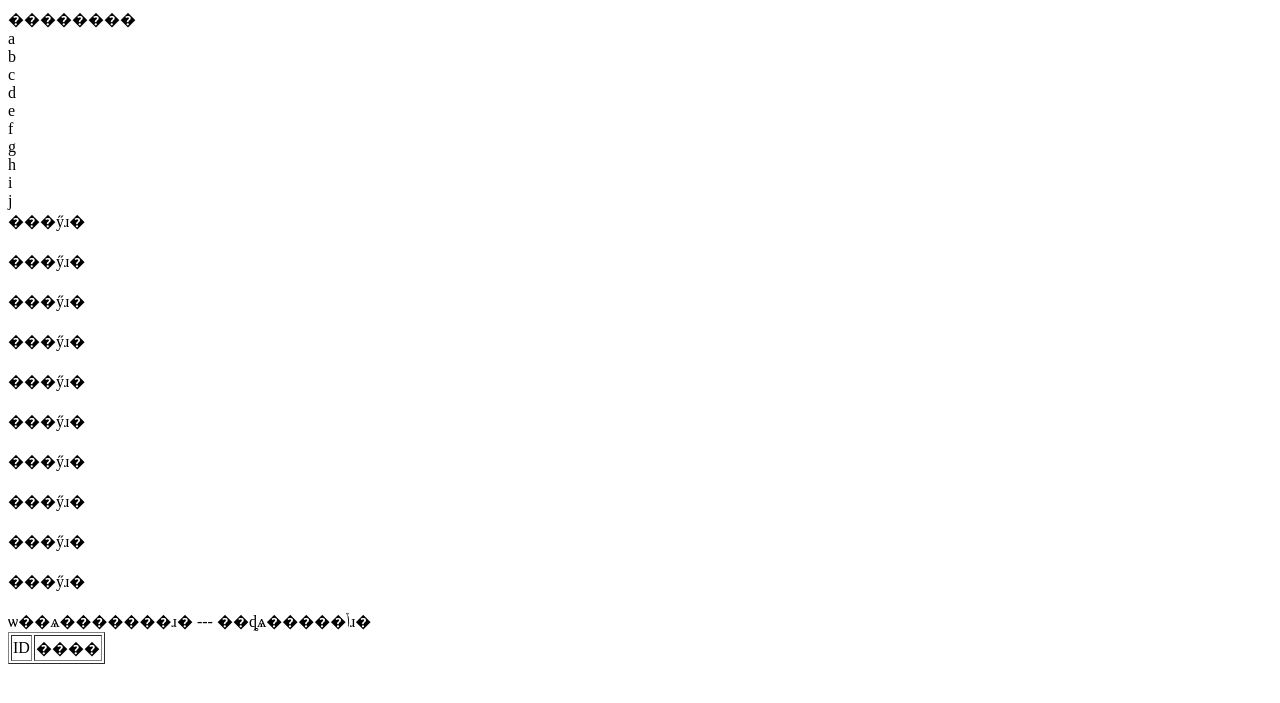
Repository: ZxxWs/P_M_learn
Page: http://localhost/
An editor plug-in stored every save of this project. The page is shown before and after the next save, followed by the edit.
The browser window is 1280 px wide. The pictures show the whole page.
The page is run by PHP 8.4 with error messages shown; the project is at /var/www/html/. Queries for data that is not in the repository find no rows.

Above is the page before, as saved 2019-03-20 09:57:44.

After the next save:
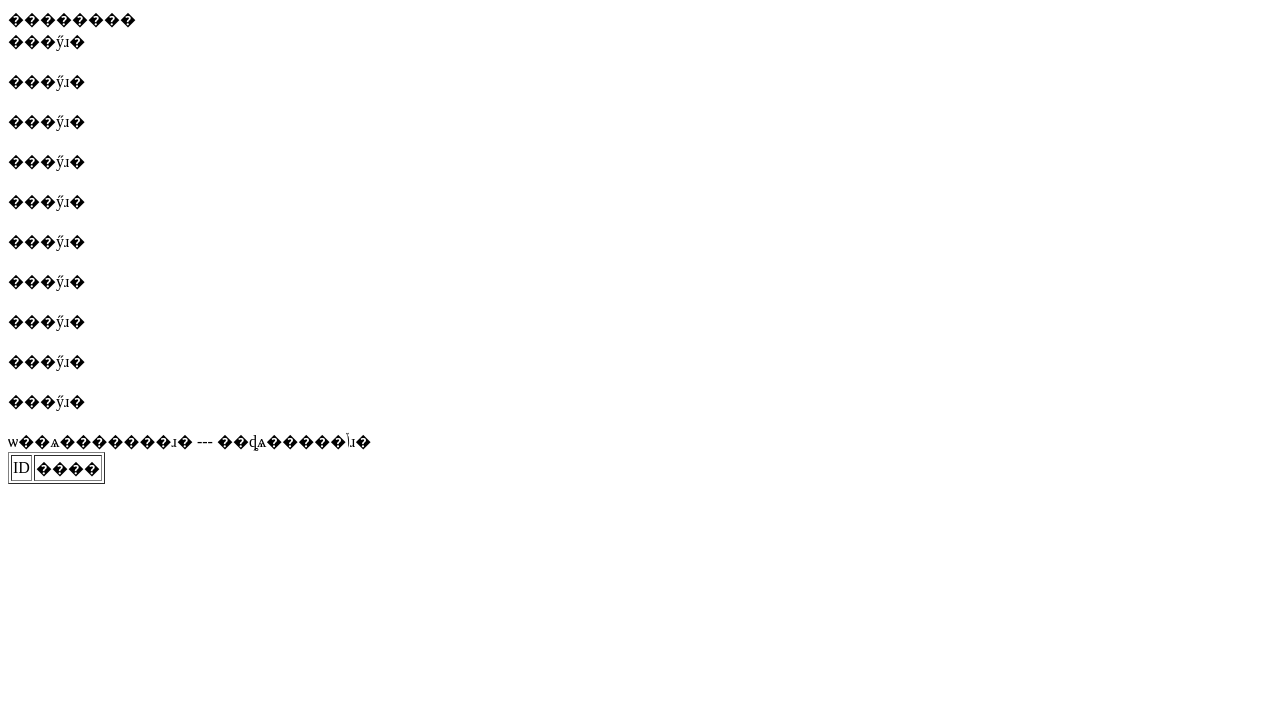
Saved 6 s later.
--- a/MySQL2/index.php
+++ b/MySQL2/index.php
@@ -8,10 +8,7 @@ $con=mysqli_select_db($conn, "test");
 if($con)
     echo "连接正常<br/>";
 
-$addname=array("a","b","c","d","e","f","g","h","i","j");
-for($i=0;$i<10;$i++)
-    echo "$addname[$i]<br/>";
- //向数据库添加数据
+
 add();
 function add(){
 global $conn;
